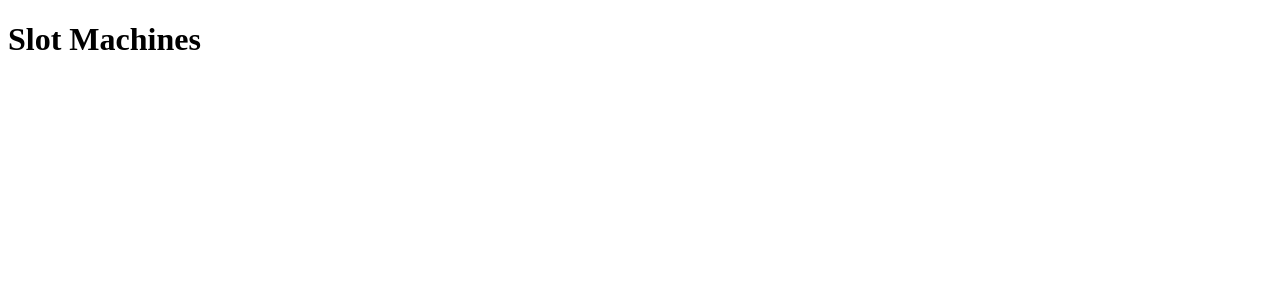
Repository: Zichi90123/ReactTraining
Page: 04_Create_React_App/fruit-exercise/ReactTraining/03_Props/02_SlotExercise/index.html
The author's editor kept a copy of each file at every save. The page is drawn from the files as they stood at one save, then again after the next save.
The browser window is 1280 px wide. The pictures show the whole page.

Above is the page before, as saved 2019-12-13 12:57:55.

### 04_Create_React_App/fruit-exercise/ReactTraining/03_Props/02_SlotExercise/index.html
<!DOCTYPE html>
<html lang="en">

<head>
  <meta charset="UTF-8">
  <meta name="viewport" content="width=device-width, initial-scale=1.0">
  <meta http-equiv="X-UA-Compatible" content="ie=edge">
  <title>Slot Machines</title>
</head>

<body>
  <div id="root"></div>
  <script src="https://unpkg.com/react/umd/react.development.js"></script>
  <script src="https://unpkg.com/react-dom/umd/react-dom.development.js"></script>

  <script src="https://unpkg.com/babel-standalone"></script>
  <script src="slotmachines.js" type="text/jsx"></script>
  <script src="index.js" type="text/jsx"></script>

  </script>
</body>

</html>

### 04_Create_React_App/fruit-exercise/ReactTraining/03_Props/02_SlotExercise/slotmachines.js
class SlotMachine extends React.Component {
    render() {
        return (
            <div>

            </div>
        )
    }
}

### 04_Create_React_App/fruit-exercise/ReactTraining/03_Props/02_SlotExercise/index.js

class App extends React.Component {
  render() {
    return (
      <div>
        <h1>Slot Machines</h1>
        <SlotMachine />
      </div>
    )
  }
}

ReactDOM.render(<App/>, document.getElementById('root'))

After the next save:
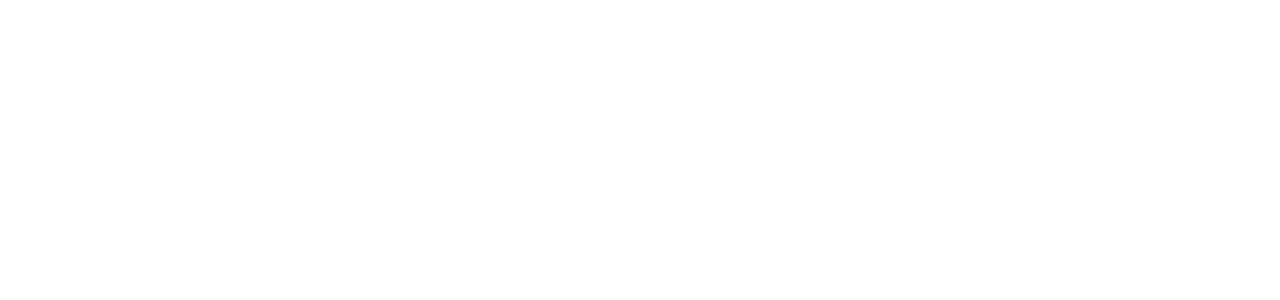
Console error: ReferenceError: Machine is not defined
Saved 117 s later.
--- a/04_Create_React_App/fruit-exercise/ReactTraining/03_Props/02_SlotExercise/index.js
+++ b/04_Create_React_App/fruit-exercise/ReactTraining/03_Props/02_SlotExercise/index.js
@@ -4,7 +4,16 @@
     return (
       <div>
         <h1>Slot Machines</h1>
-        <SlotMachine />
+        <Machine
+          s1="🍒"
+          s2="🍒"
+          s3="🍒"
+        />
+        <Machine
+          s1="🍒"
+          s2="🍒"
+          s3="🍊"
+        />
       </div>
     )
   }

After the save that followed:
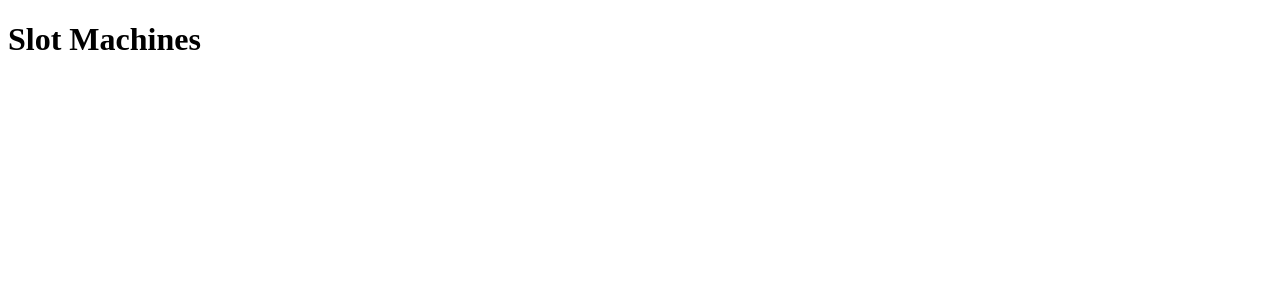
The error is gone.
Saved 47 s later.
--- a/04_Create_React_App/fruit-exercise/ReactTraining/03_Props/02_SlotExercise/slotmachines.js
+++ b/04_Create_React_App/fruit-exercise/ReactTraining/03_Props/02_SlotExercise/slotmachines.js
@@ -1,4 +1,4 @@
-class SlotMachine extends React.Component {
+class Machine extends React.Component {
     render() {
         return (
             <div>
